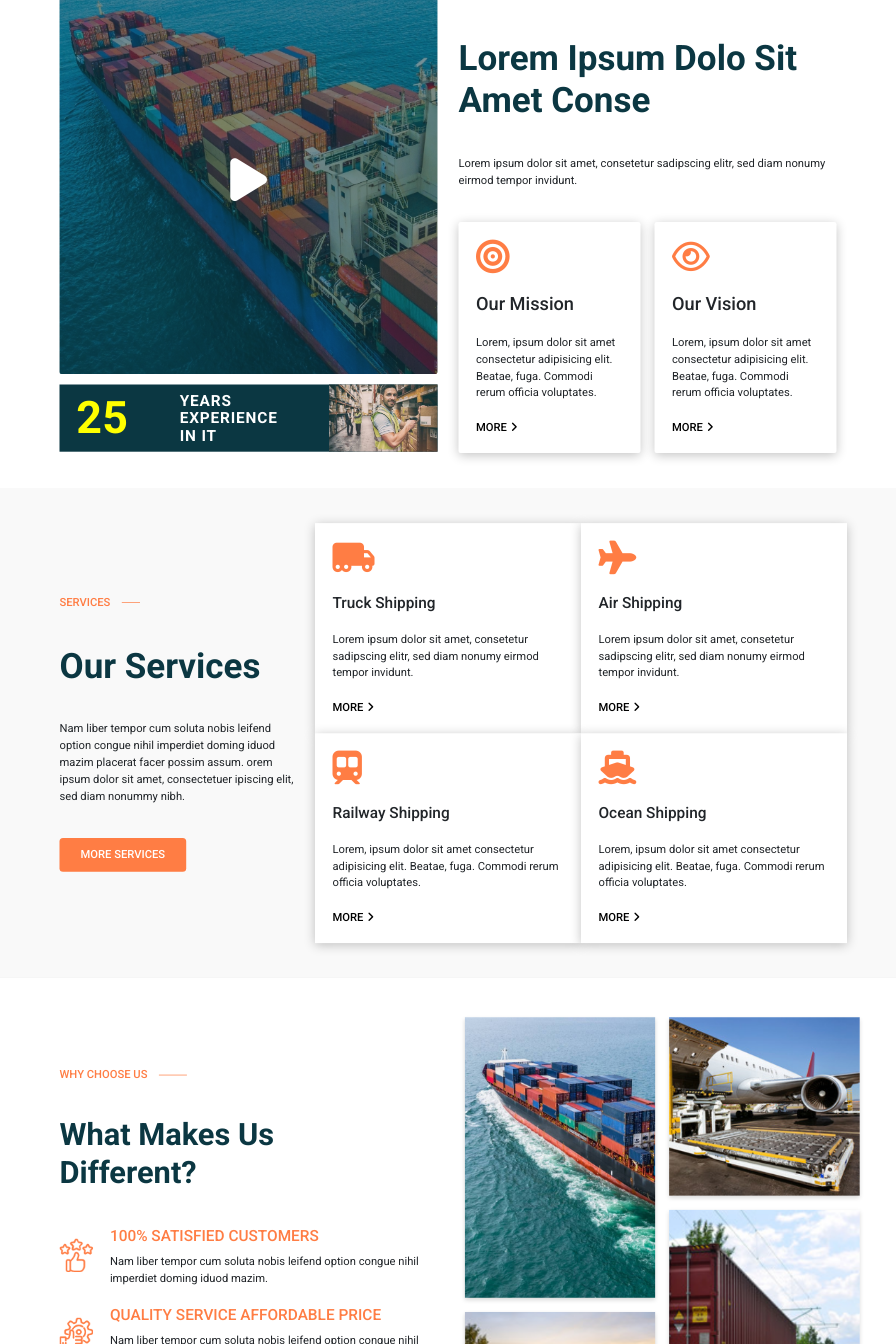
Repository: nazmulalok/shipping-theme
Page: index.html
An editor plug-in stored every save of this project. The page is shown before and after the next save, followed by the edit.
The browser window is 1280 px wide. The pictures show the part of the page from y = 1055 to 2975 px (the page is 3247 px tall), at 70% of full size.
Some web libraries are served in a nearby version.

Above is the page before, as saved 2022-10-08 23:33:54.

After the next save:
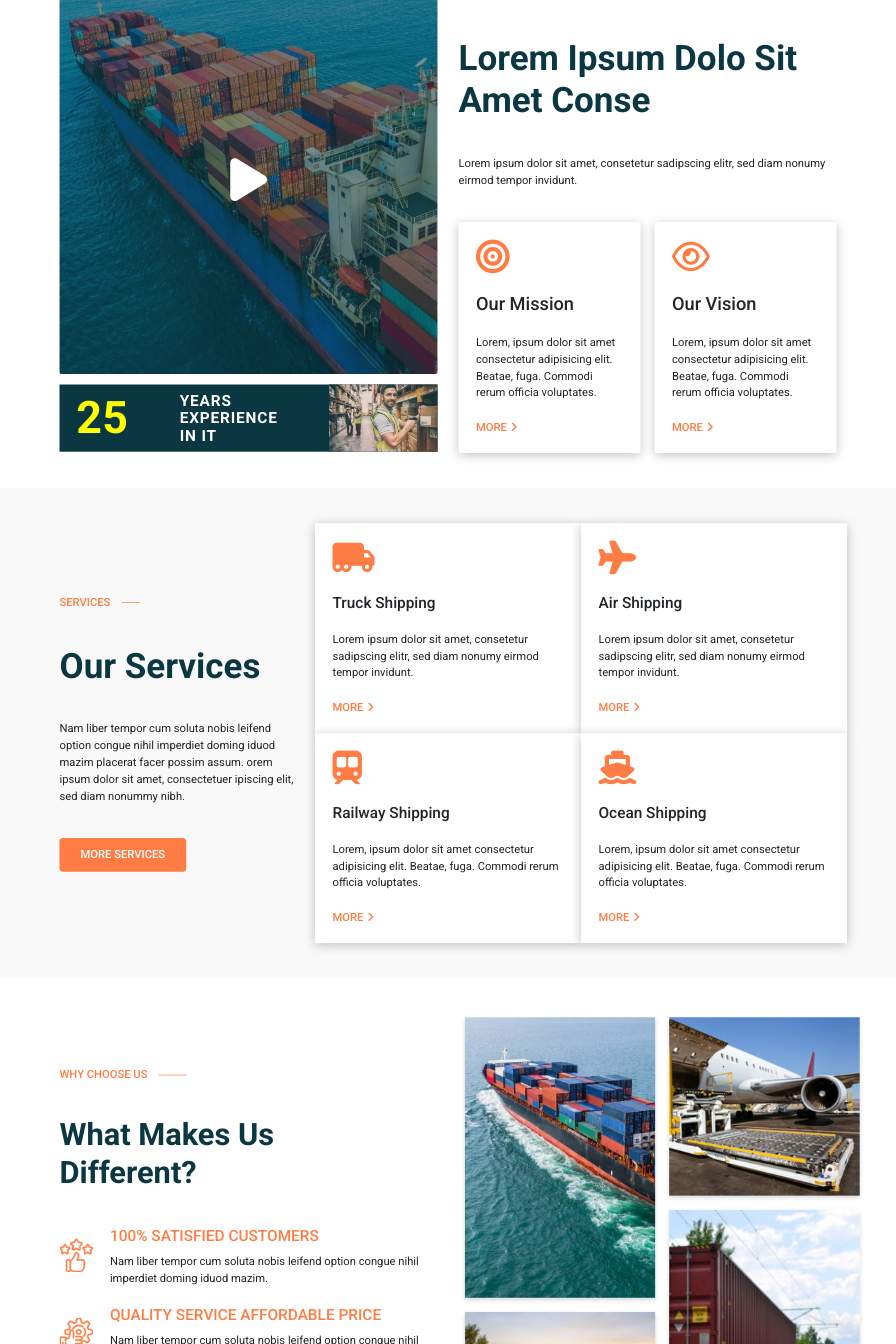
Saved 2 min 24 s later.
--- a/style.css
+++ b/style.css
@@ -426,7 +426,7 @@ figure.img-box img+figcaption {
 
 a.more-btn {
     display: inline-block;
-    color: #000;
+    color: var(--main-color);
     font-size: 16px;
     font-weight: 500;
     text-transform: uppercase;
